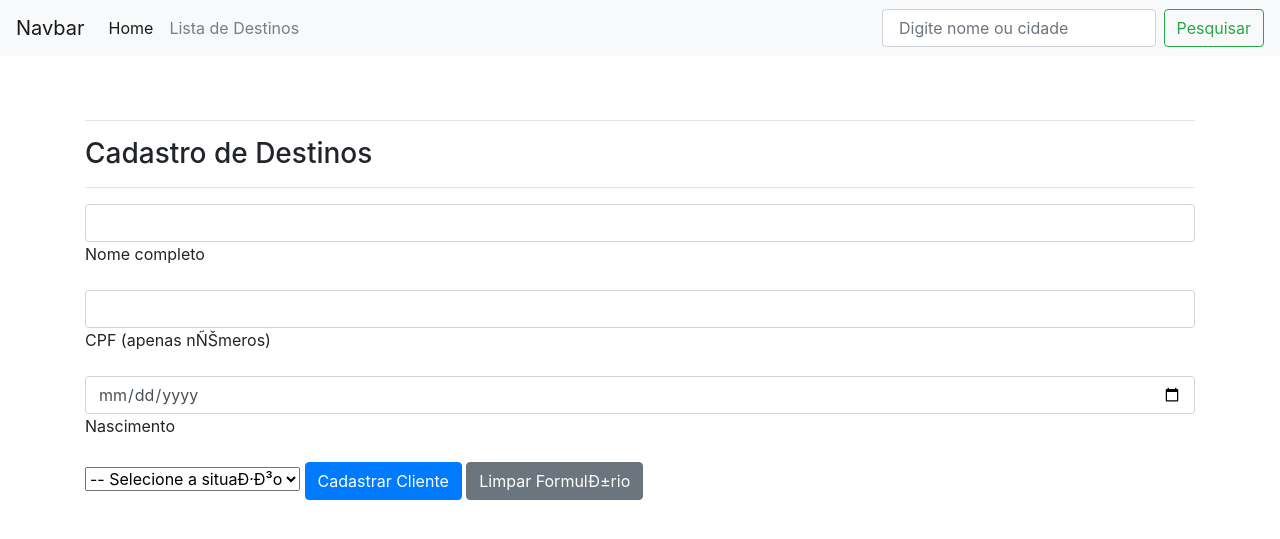
Repository: SolanoBarcelos/AtvPratMod4
Page: CrudJAVA/AtvPratMod4/src/main/webapp/index.html
These files come from the project's save history. The page is drawn as it stood at one moment and after the next save; the edit follows.
The browser window is 1280 px wide. The pictures show the whole page.

Above is the page before, as saved 2022-02-13 19:58:32.

After the next save:
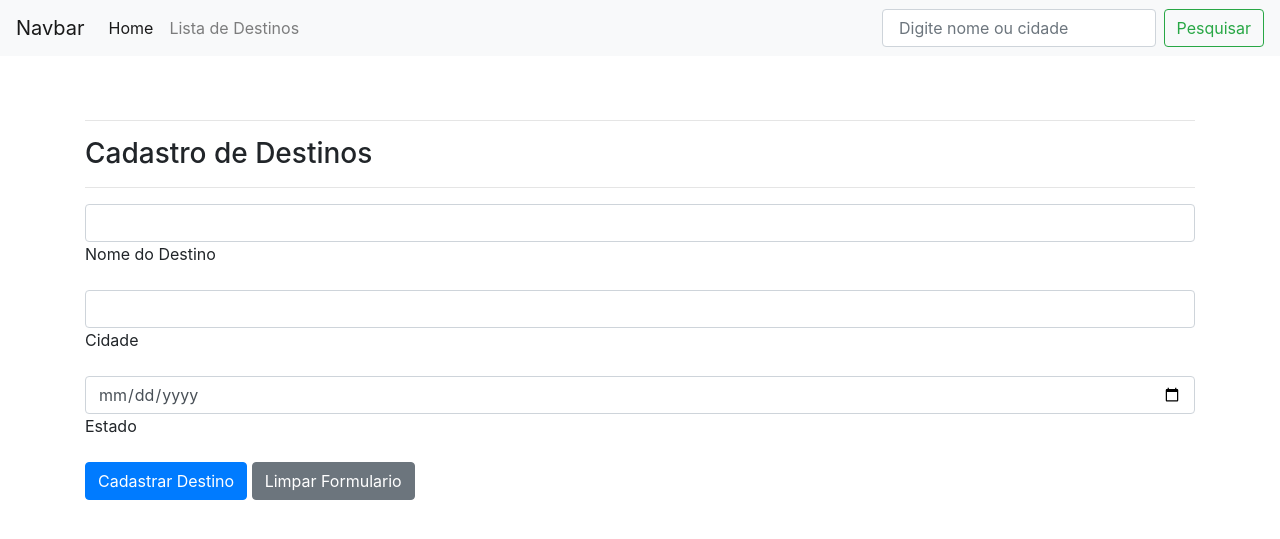
Saved 112 s later.
--- a/CrudJAVA/AtvPratMod4/src/main/webapp/index.html
+++ b/CrudJAVA/AtvPratMod4/src/main/webapp/index.html
@@ -47,26 +47,22 @@
 <form action="DestinoCreateAndSFind" method="POST">
 				<div class="form-floating mb-3">
 						<input name="nome" maxlength="40" type="text" class="form-control" id="floatingInput1">
-						<label>Nome completo</label>
+						<label>Nome do Destino</label>
 					</div>
 					<div class="form-floating mb-3">
 						<input name="cpf" maxlength="11" type="text" class="form-control">
-						<label>CPF (apenas nъmeros)</label>
+						<label>Cidade</label>
 					</div>
 					<div class="form-floating mb-3">
 						<input name="nascimento" type="date" class="form-control" placeholder="Nascimento">
-						<label>Nascimento</label>
+						<label>Estado</label>
 					</div>
-					<select name="situacao" class="form-select mb-3" aria-label="Default select example">
-						<option value="Inativo" selected>-- Selecione a situaзгo</option>
-						<option value="Ativo">Ativo</option>
-						<option value="Inativo">Inativo</option>
-					</select>
+
 
 					<button class="btn btn-primary" type="submit">Cadastrar
-						Cliente</button>
+						Destino</button>
 					<button class="btn btn-secondary" type="reset">Limpar
-						Formulбrio</button>
+						Formulario</button>
 </form>
 
 </div>
